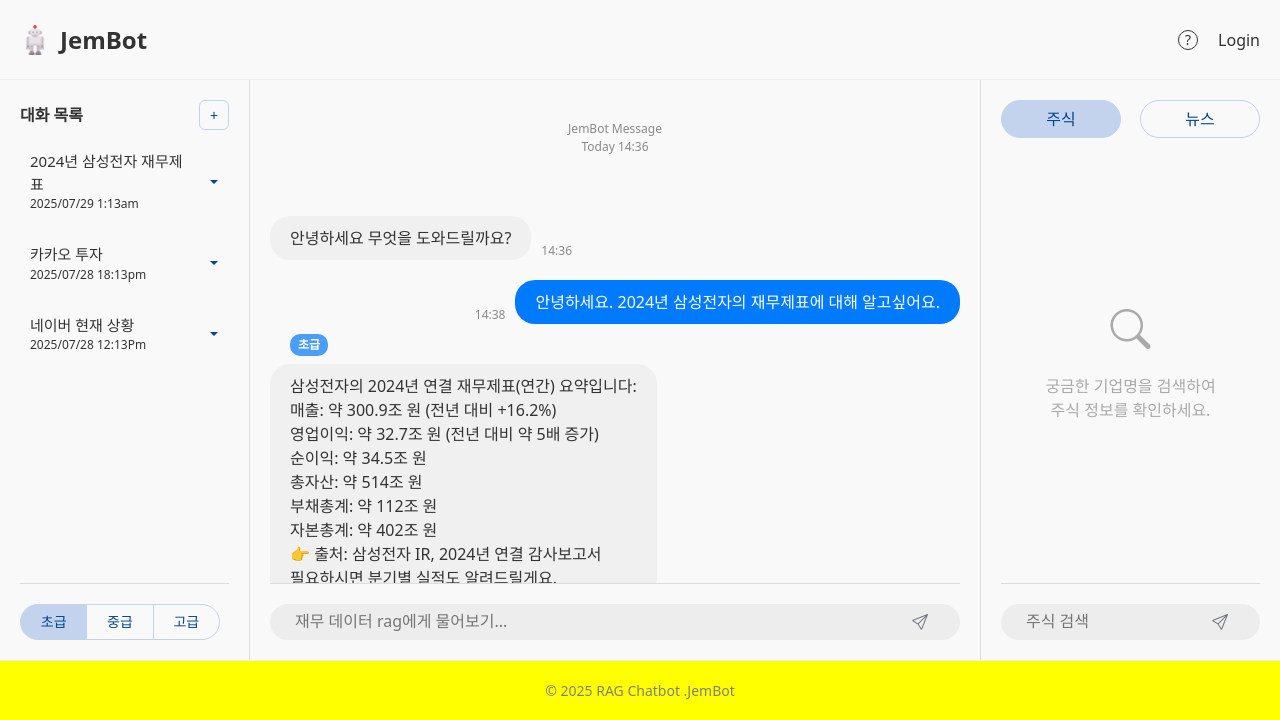
Repository: skn-ai14-250409/SKN14-4th-2Team
Page: http://localhost/main/
An editor plug-in stored every save of this project. The page is shown before and after the next save, followed by the edit.
The browser window is 1280 px wide. The pictures show the whole page.
An inner scrolling area shows only its first screen. Some web libraries are served in a nearby version. The page is served by the project's application, run on Django 5.2 (_homework/manage.py).

Above is the page before, as saved 2025-08-02 00:34:24.

After the next save:
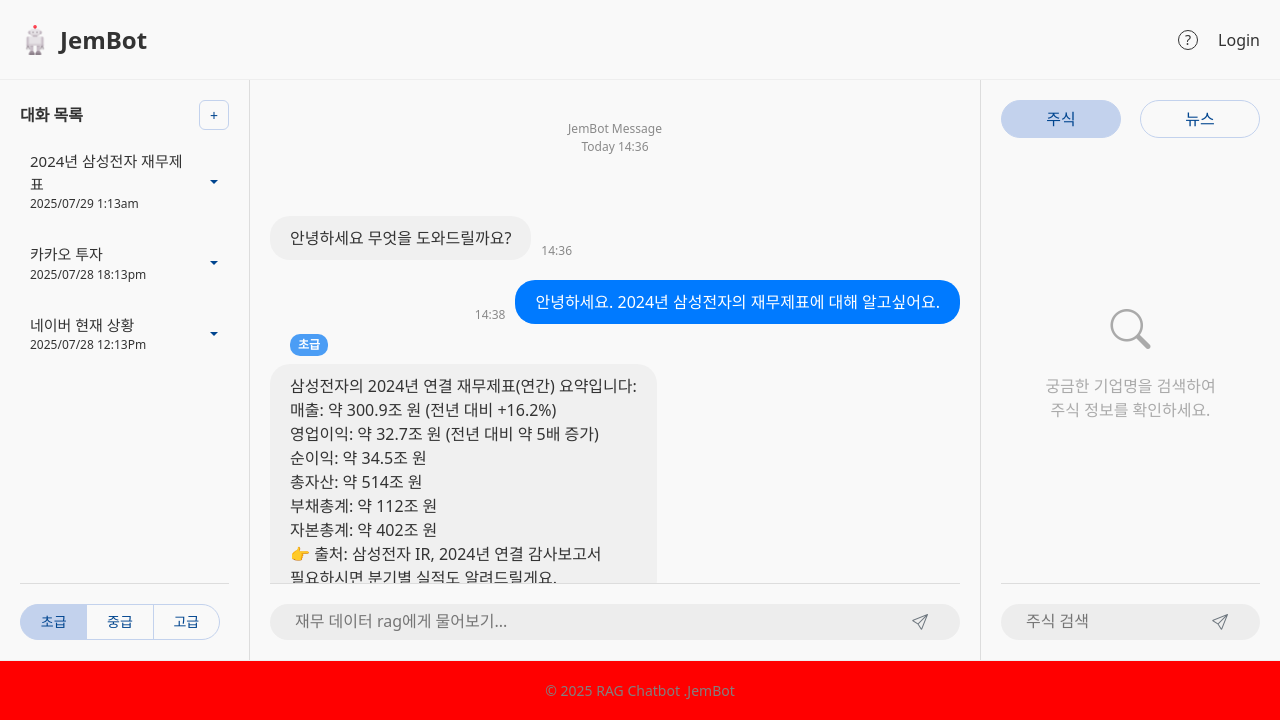
Saved 47 s later.
--- a/KimEuiryeong/_homework/static/css/layout/footer.css
+++ b/KimEuiryeong/_homework/static/css/layout/footer.css
@@ -8,5 +8,5 @@
     align-items: center;
     justify-content: center;
     color : gray;
-    background-color: yellow;
+    background-color: red;
 }

After the save that followed:
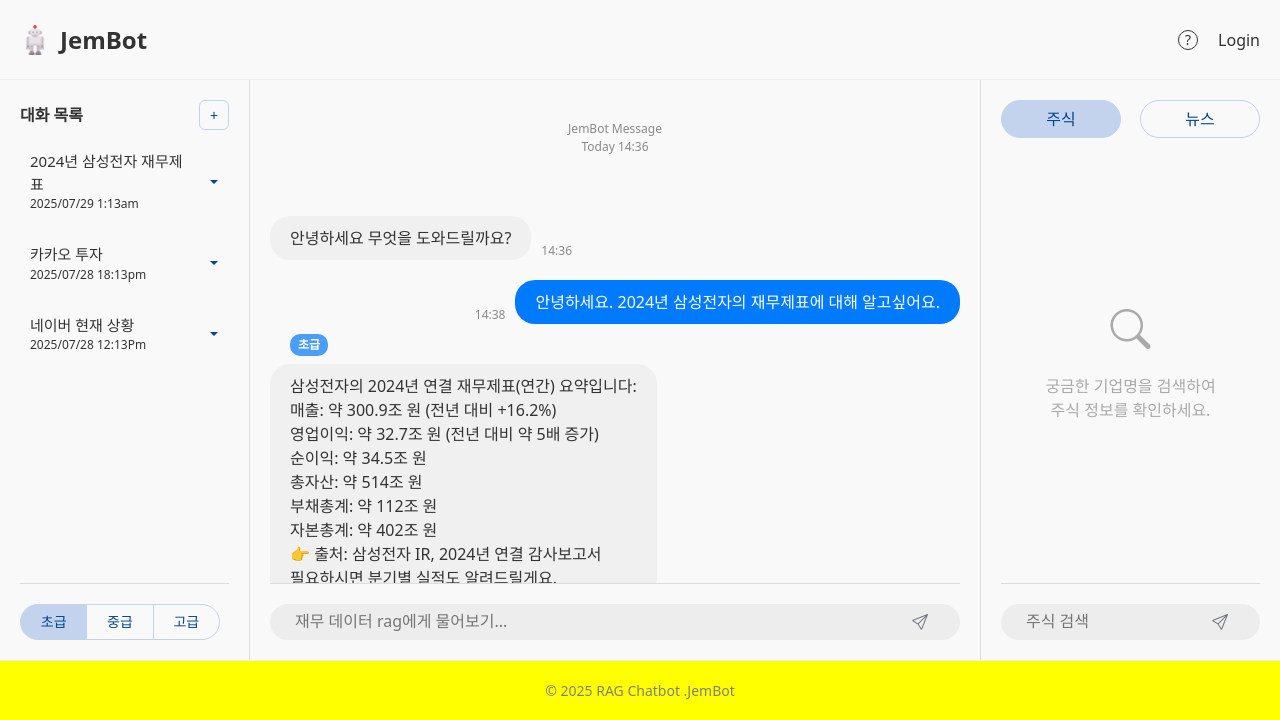
Saved 8 min 17 s later.
--- a/KimEuiryeong/_homework/static/css/layout/footer.css
+++ b/KimEuiryeong/_homework/static/css/layout/footer.css
@@ -8,5 +8,5 @@
     align-items: center;
     justify-content: center;
     color : gray;
-    background-color: red;
+    background-color: yellow;
 }
